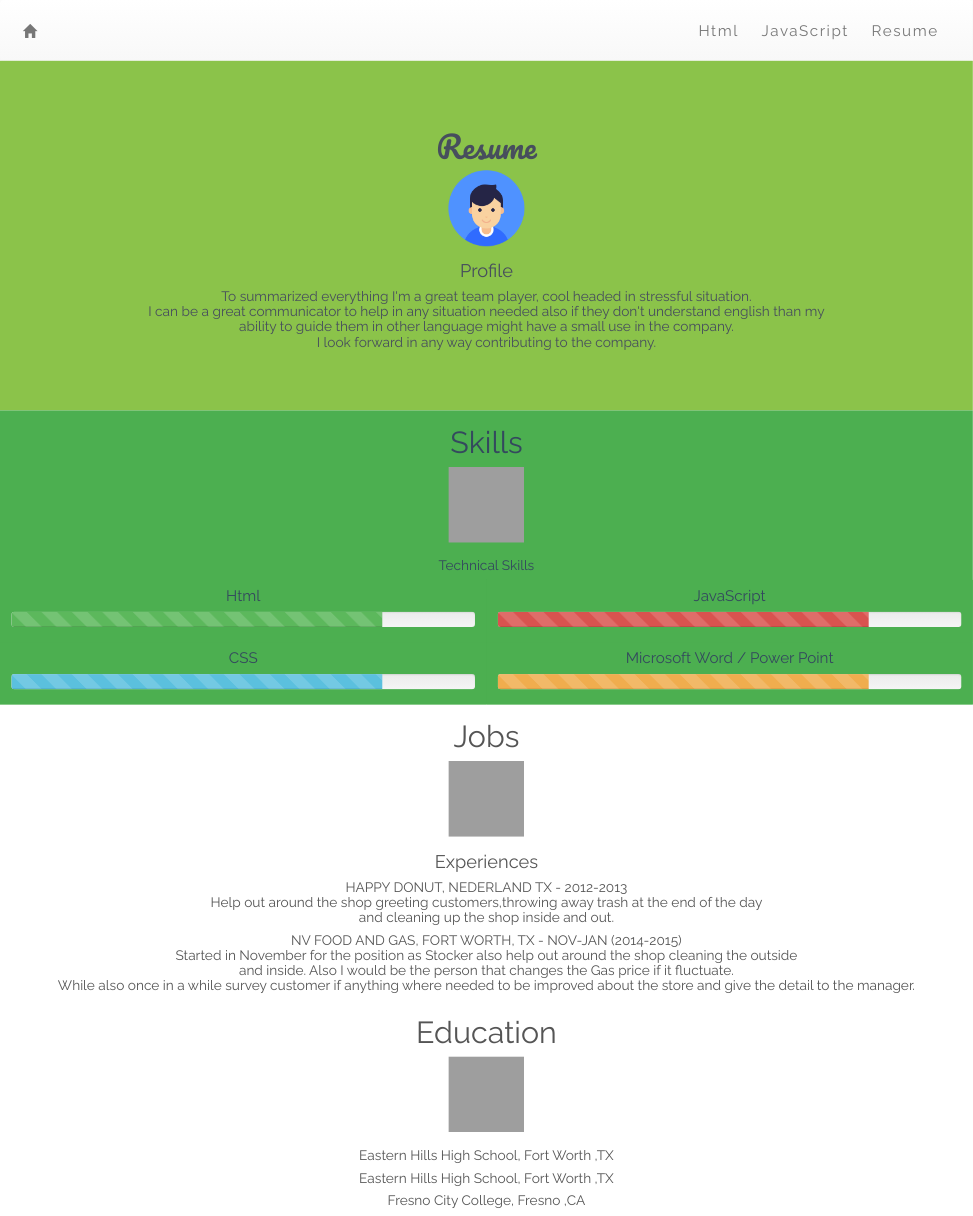
Repository: Milineam6162/workspace
Page: Resume/resume.html
The author's editor kept a record of every edit. The page is drawn from the files as they stood at one moment, then again after the next edit.
The browser window is 1280 px wide. The pictures show the whole page, at 76% of full size.
Pictures or frames that could not be fetched are drawn as grey boxes. Some web libraries are served in a nearby version.

Above is the page before.

After the next edit:
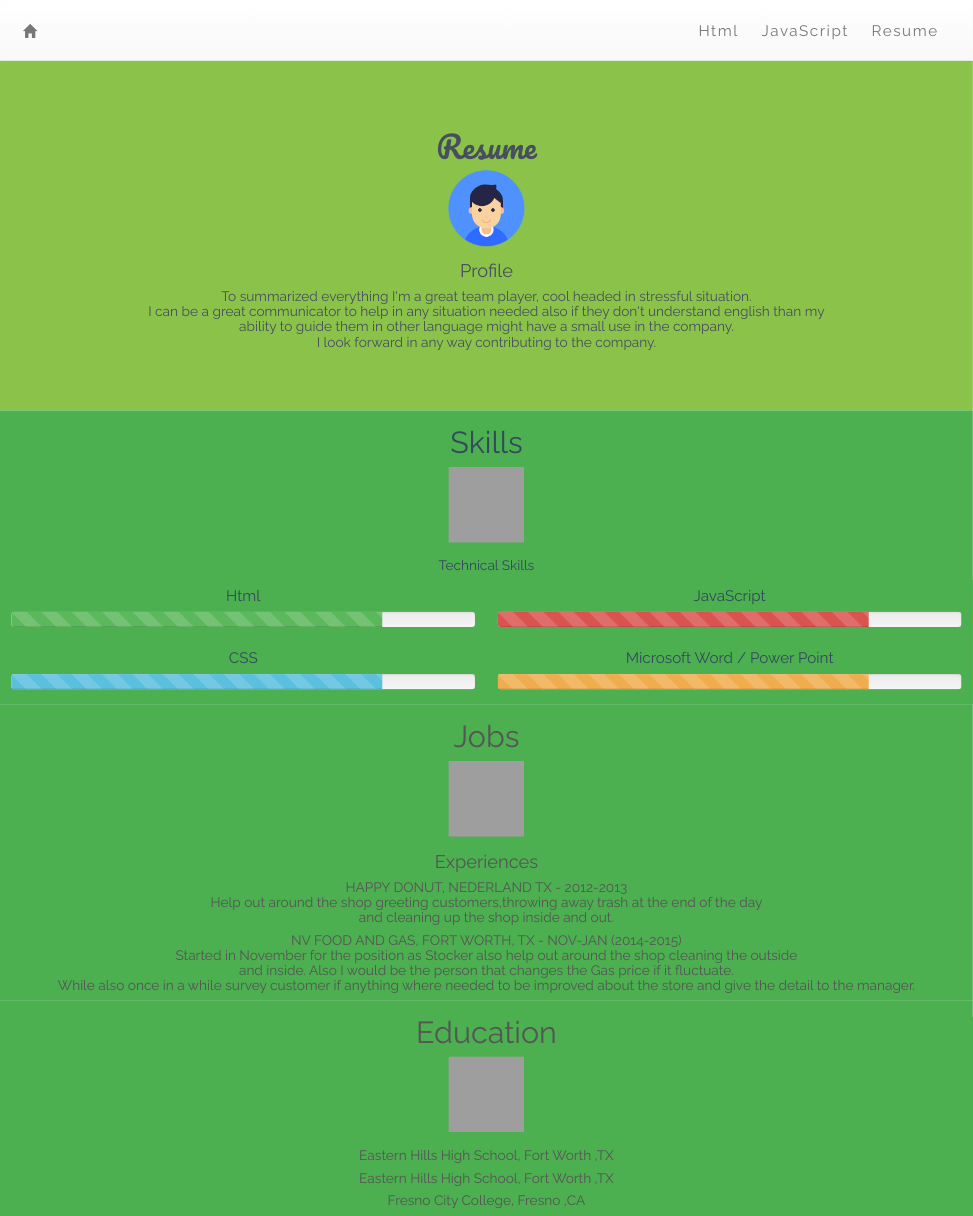
The edit:
--- a/Resume/resume.css
+++ b/Resume/resume.css
@@ -43,7 +43,7 @@
 
 }
 .bg-3 {
-      background-color: #ffffff; /* White */
+      background-color: #4CAF50; /* White */
       color: #555555;
       font-family:'Raleway', 'helvetica';
  }
